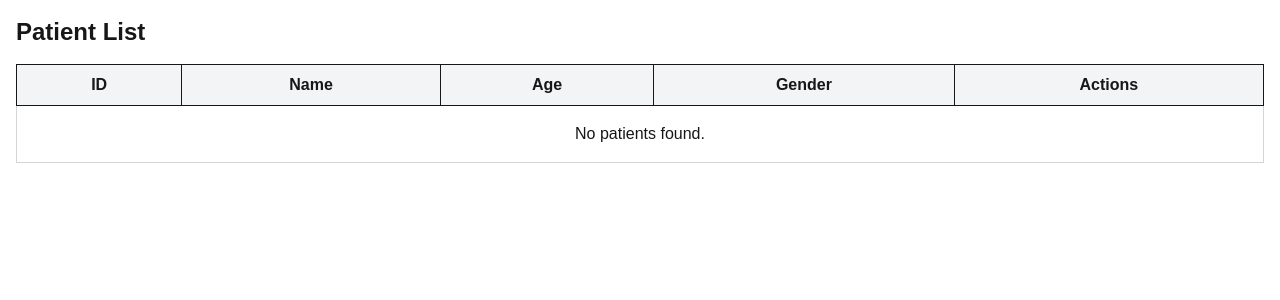
Repository: DangerCR7/patient-crud-app
Page: /patient-form (app in patient-crud-ui/)
An editor plug-in stored every save of this project. The page is shown before and after a run of saves, followed by the edit.
The browser window is 1280 px wide. The pictures show the whole page.
The page's requests for data from a server got no answer. The project was rebuilt for these pictures with package versions that can differ from the ones it lists, and the page was loaded fresh each time. The framework's server and built-in components were replaced by stand-ins that run in the browser. No one was signed in, and anything a server would have sent is missing. Also part of the build but not shown: patient-crud-ui/next.config.mjs.

Above is the page before, as saved 2025-07-14 19:10:35.

### patient-crud-ui/src/app/patient-form/page.js
'use client';

import React, { useEffect, useState } from 'react';

export default function PatientsList() {
  const [patients, setPatients] = useState([]);

  useEffect(() => {
    fetch('http://localhost:8080/api/patients')
      .then(res => res.json())
      .then(data => setPatients(data))
      .catch(err => console.error("Failed to fetch patients:", err));
  }, []);

  return (
    <div className="container mx-auto p-4">
      <h1 className="text-2xl font-bold mb-4">Patient List</h1>

      <table className="table-auto w-full border-collapse border border-gray-300">
        <thead>
          <tr className="bg-gray-100">
            <th className="border px-4 py-2">ID</th>
            <th className="border px-4 py-2">Name</th>
            <th className="border px-4 py-2">Age</th>
            <th className="border px-4 py-2">Gender</th>
            <th className="border px-4 py-2">Actions</th>
          </tr>
        </thead>
        <tbody>
          {patients.length === 0 ? (
            <tr>
              <td colSpan="5" className="text-center py-4">No patients found.</td>
            </tr>
          ) : (
            patients.map(patient => (
              <tr key={patient.id}>
                <td className="border px-4 py-2">{patient.id}</td>
                <td className="border px-4 py-2">{patient.name}</td>
                <td className="border px-4 py-2">{patient.age}</td>
                <td className="border px-4 py-2">{patient.gender}</td>
                <td className="border px-4 py-2">
                  <button className="bg-blue-500 text-white px-2 py-1 rounded mr-2">Edit</button>
                  <button className="bg-red-500 text-white px-2 py-1 rounded">Delete</button>
                </td>
              </tr>
            ))
          )}
        </tbody>
      </table>
    </div>
  );
}

Loaded but not shown: patient-crud-ui/src/app/layout.js (common file); patient-crud-ui/src/app/globals.css (common file)

After the next 2 saves:
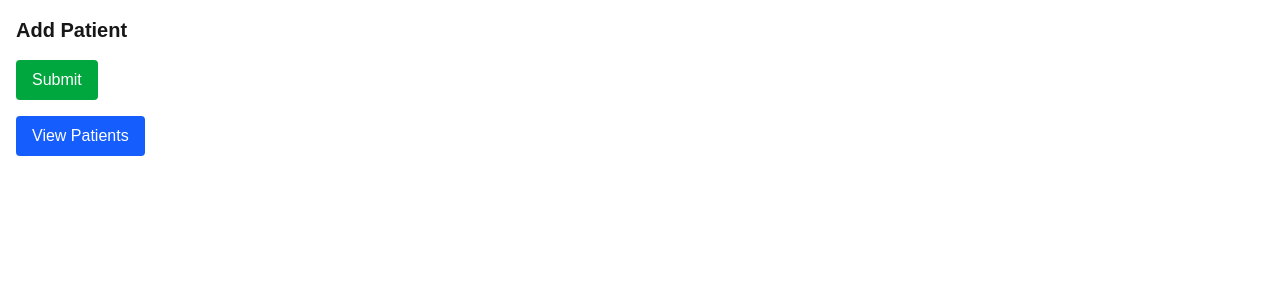
The 2 saves are shown as one change because 1 did not build or start.
The last was saved 113 s later.
--- a/patient-crud-ui/src/app/patient-form/page.js
+++ b/patient-crud-ui/src/app/patient-form/page.js
@@ -1,52 +1,56 @@
+// src/app/patient-form/page.js
 'use client';
 
-import React, { useEffect, useState } from 'react';
+import React, { useState } from 'react';
+import Link from 'next/link'; // ✅ import it here
 
-export default function PatientsList() {
-  const [patients, setPatients] = useState([]);
+export default function PatientForm() {
+  const [form, setForm] = useState({ name: '', age: '', gender: '' });
 
-  useEffect(() => {
-    fetch('http://localhost:8080/api/patients')
-      .then(res => res.json())
-      .then(data => setPatients(data))
-      .catch(err => console.error("Failed to fetch patients:", err));
-  }, []);
+  const handleChange = (e) => {
+    setForm({ ...form, [e.target.name]: e.target.value });
+  };
+
+  const handleSubmit = async (e) => {
+    e.preventDefault();
+    try {
+      const response = await fetch("http://localhost:8080/api/patients", {
+        method: "POST",
+        headers: {
+          "Content-Type": "application/json"
+        },
+        body: JSON.stringify(form)
+      });
+
+      if (response.ok) {
+        alert("Patient added successfully!");
+        setForm({ name: '', age: '', gender: '' });
+      } else {
+        alert("Failed to add patient.");
+      }
+    } catch (error) {
+      console.error("Error adding patient:", error);
+    }
+  };
 
   return (
     <div className="container mx-auto p-4">
-      <h1 className="text-2xl font-bold mb-4">Patient List</h1>
+      <h1 className="text-xl font-semibold mb-4">Add Patient</h1>
+      <form onSubmit={handleSubmit} className="space-y-4">
+        {/* form fields here */}
+        <button type="submit" className="bg-green-600 text-white px-4 py-2 rounded">
+          Submit
+        </button>
+      </form>
 
-      <table className="table-auto w-full border-collapse border border-gray-300">
-        <thead>
-          <tr className="bg-gray-100">
-            <th className="border px-4 py-2">ID</th>
-            <th className="border px-4 py-2">Name</th>
-            <th className="border px-4 py-2">Age</th>
-            <th className="border px-4 py-2">Gender</th>
-            <th className="border px-4 py-2">Actions</th>
-          </tr>
-        </thead>
-        <tbody>
-          {patients.length === 0 ? (
-            <tr>
-              <td colSpan="5" className="text-center py-4">No patients found.</td>
-            </tr>
-          ) : (
-            patients.map(patient => (
-              <tr key={patient.id}>
-                <td className="border px-4 py-2">{patient.id}</td>
-                <td className="border px-4 py-2">{patient.name}</td>
-                <td className="border px-4 py-2">{patient.age}</td>
-                <td className="border px-4 py-2">{patient.gender}</td>
-                <td className="border px-4 py-2">
-                  <button className="bg-blue-500 text-white px-2 py-1 rounded mr-2">Edit</button>
-                  <button className="bg-red-500 text-white px-2 py-1 rounded">Delete</button>
-                </td>
-              </tr>
-            ))
-          )}
-        </tbody>
-      </table>
+      {/* 🔗 Navigation Button */}
+      <div className="mt-4">
+        <Link href="/patients">
+          <button className="bg-blue-600 text-white px-4 py-2 rounded">
+            View Patients
+          </button>
+        </Link>
+      </div>
     </div>
   );
 }
